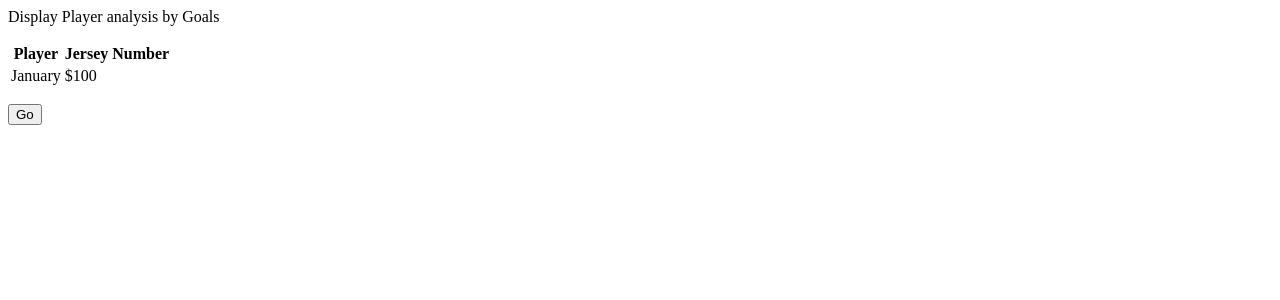
Repository: FredGlozman/SwiftScore
Page: SwiftScore/PlayerAnalysisMode.html
The author's editor kept a copy of each file at every save. The page is drawn from the files as they stood at one save, then again after the next save.
The browser window is 1280 px wide. The pictures show the whole page.

Above is the page before, as saved 2015-12-02 18:21:07.

After the next save:
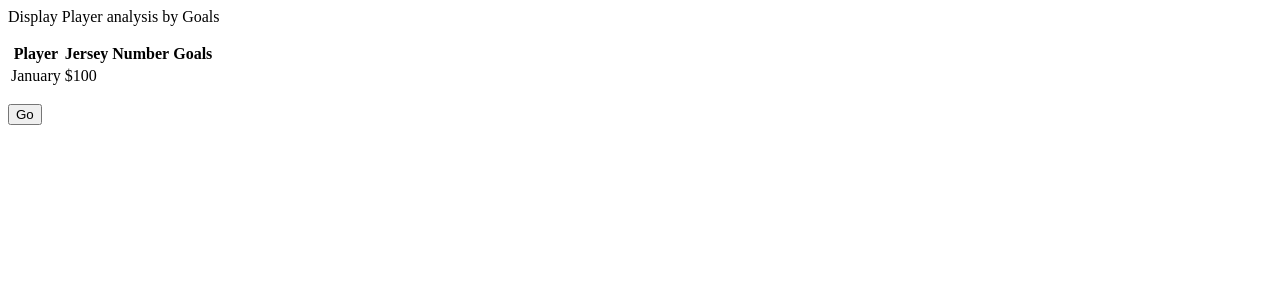
Saved 9 s later.
--- a/SwiftScore/PlayerAnalysisMode.html
+++ b/SwiftScore/PlayerAnalysisMode.html
@@ -11,6 +11,7 @@
  		<tr>
     		<th>Player</th>
     		<th>Jersey Number</th>
+    		<th>Goals</th>
   		</tr>
   		<tr>
     		<td>January</td>
